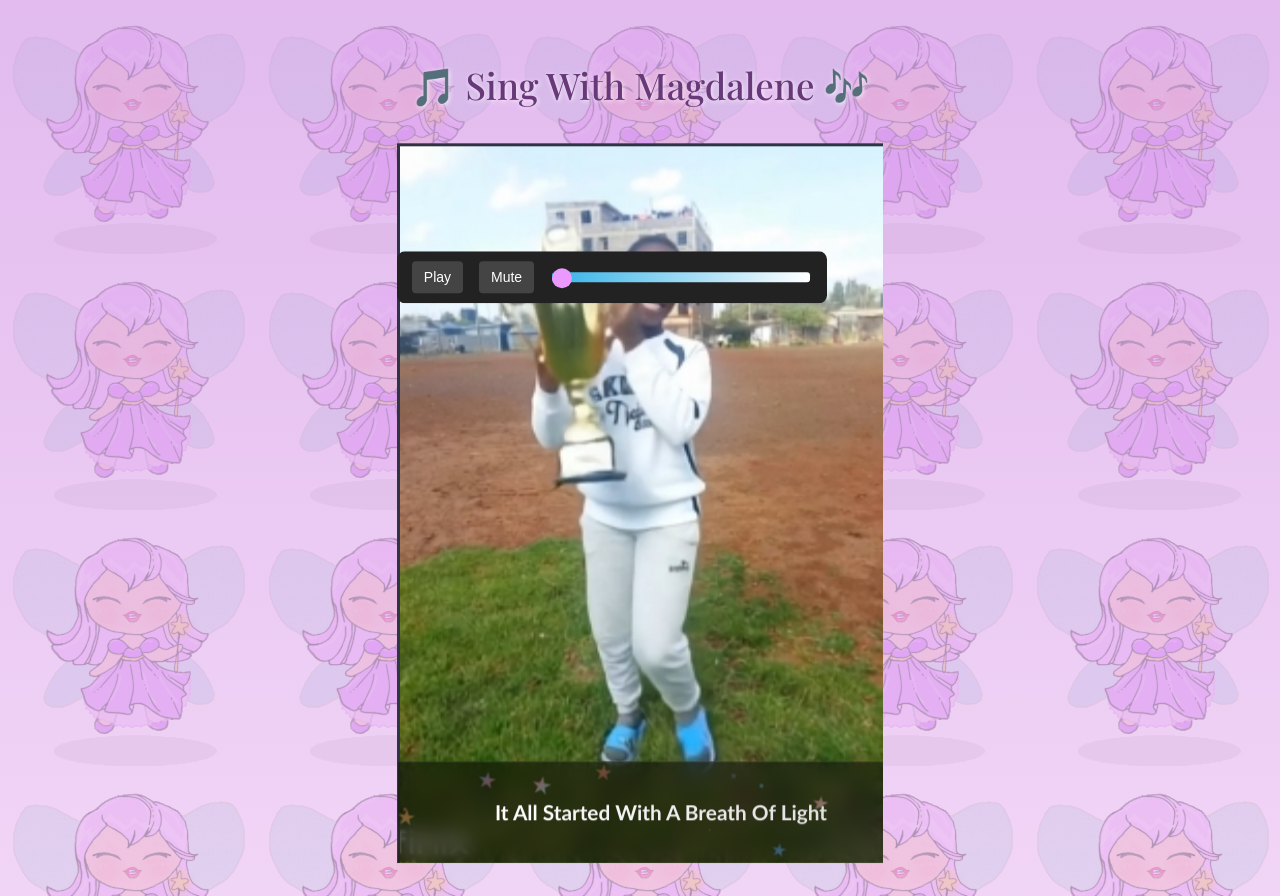
Repository: VladimirGagarin/Meg
Page: /song/beginning
The author's editor kept a copy of each file at every save. The page is drawn from the files as they stood at one save, then again after a run of saves.
The browser window is 1280 px wide. The pictures show the whole page.
The project was rebuilt for these pictures with package versions that can differ from the ones it lists, and the page was loaded fresh each time. Also part of the build but not shown: vite.config.js, src/components/SongCard.css, src/components/SongCard.jsx, src/pages/HomeScreen.css, src/pages/HomeScreen.jsx. Imported but missing from the stored project, and not drawn on this page: src/assets/audios/IamMagdalene.mp3, src/assets/audios/The beginning.mp3, src/assets/audios/meg.mp3.

Above is the page before, as saved 2025-07-07 13:48:44.

After the next 2 saves:
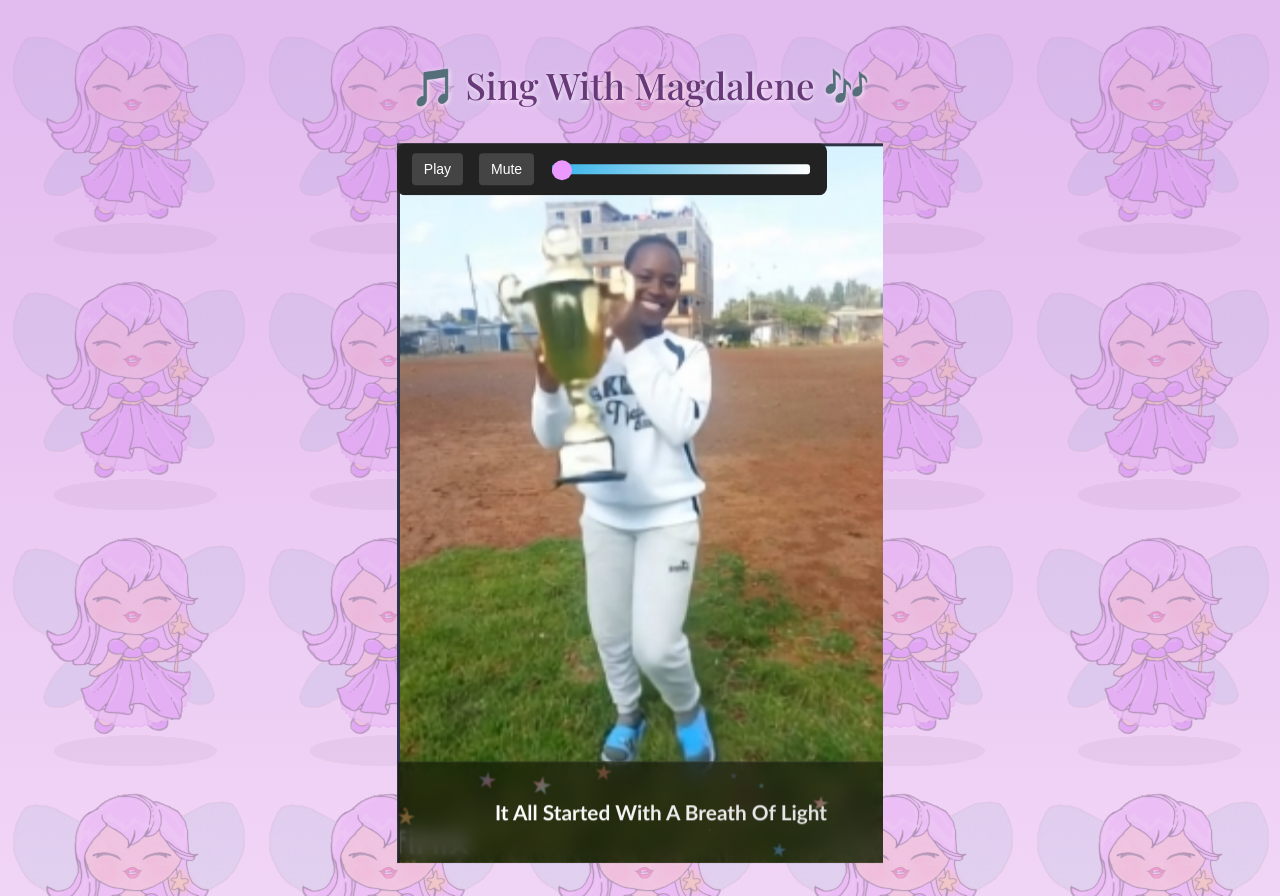
The 2 saves are shown as one change because they came seconds apart.
The last was saved 19 s later.
--- a/src/components/Controls.jsx
+++ b/src/components/Controls.jsx
@@ -104,7 +104,7 @@
     fontFamily: "'Segoe UI', Tahoma, Geneva, Verdana, sans-serif",
         position: "absolute",
         zIndex: 3,
-        top: "15%",
+        top: 0,
         left: 0,
         right: 0,
 
